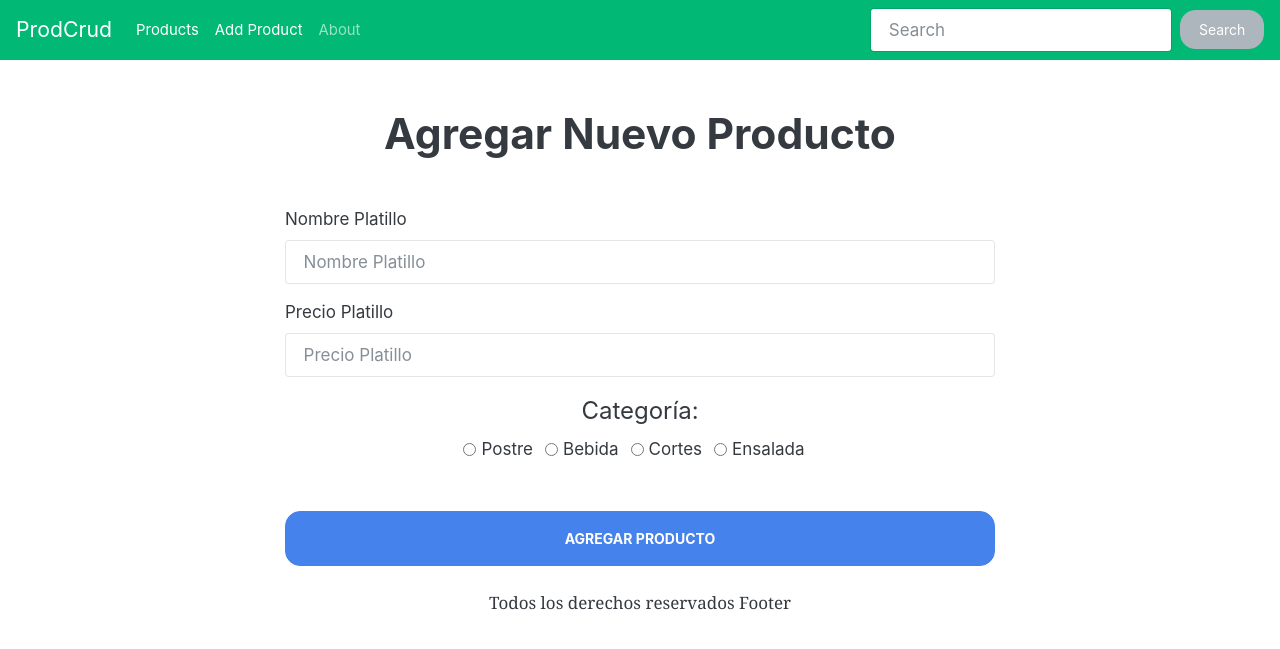
Repository: harrycampaz/router-reactjs
Page: /add-product
An editor plug-in stored every save of this project. The page is shown before and after the next save, followed by the edit.
The browser window is 1280 px wide. The pictures show the whole page.
The project was rebuilt for these pictures with package versions that can differ from the ones it lists, and the page was loaded fresh each time. Requests to the local data server were answered from the project's data file. Also part of the build but not shown: src/components/Product/Product.js, src/components/Product/Products.js, src/components/Product/EditProduct.js.

Above is the page before, as saved 2020-01-25 16:25:39.

After the next save:
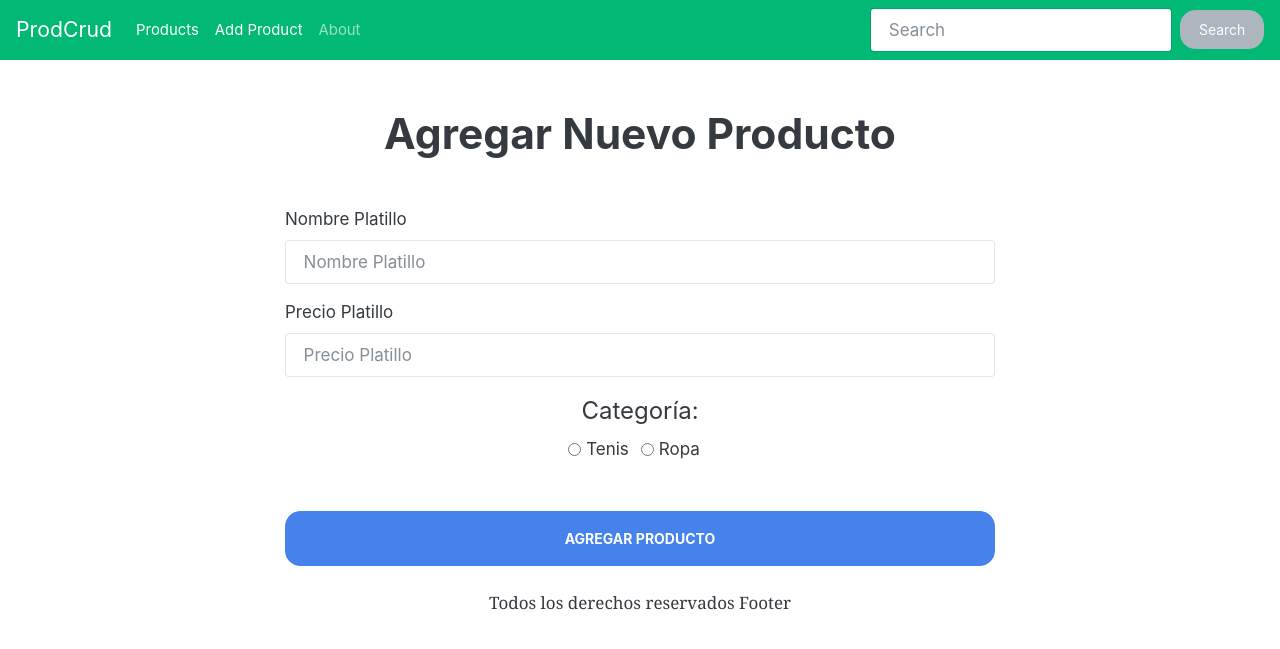
Saved 45 s later.
--- a/src/components/Product/AddProduct.js
+++ b/src/components/Product/AddProduct.js
@@ -38,7 +38,7 @@ function AddProduct(props) {
                     value="postre"
                 />
                 <label className="form-check-label">
-                    Postre
+                    Tenis
                 </label>
             </div>
             <div className="form-check form-check-inline">
@@ -49,33 +49,10 @@ function AddProduct(props) {
                     value="bebida"
                 />
                 <label className="form-check-label">
-                    Bebida
+                    Ropa
                 </label>
             </div>
 
-            <div className="form-check form-check-inline">
-                <input
-                    className="form-check-input"
-                    type="radio"
-                    name="categoria"
-                    value="cortes"
-                />
-                <label className="form-check-label">
-                    Cortes
-                </label>
-            </div>
-
-            <div className="form-check form-check-inline">
-                <input
-                    className="form-check-input"
-                    type="radio"
-                    name="categoria"
-                    value="ensalada"
-                />
-                <label className="form-check-label">
-                    Ensalada
-                </label>
-            </div>
             </div>
 
             <input type="submit" className="font-weight-bold text-uppercase mt-5 btn btn-primary btn-block py-3" value="Agregar Producto" />
